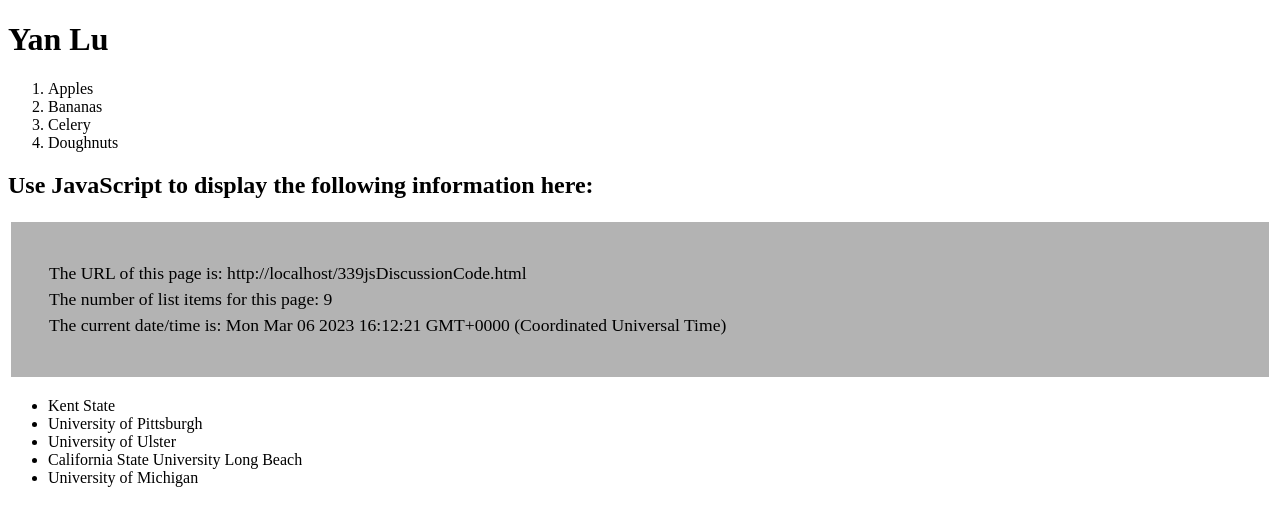
Repository: lulyany/discussionwk10
Page: 339jsDiscussionCode.html
An editor plug-in stored every save of this project. The page is shown before and after a run of saves, followed by the edit.
The browser window is 1280 px wide. The pictures show the whole page.

Above is the page before, as saved 2023-11-01 20:34:15.

After the next 3 saves:
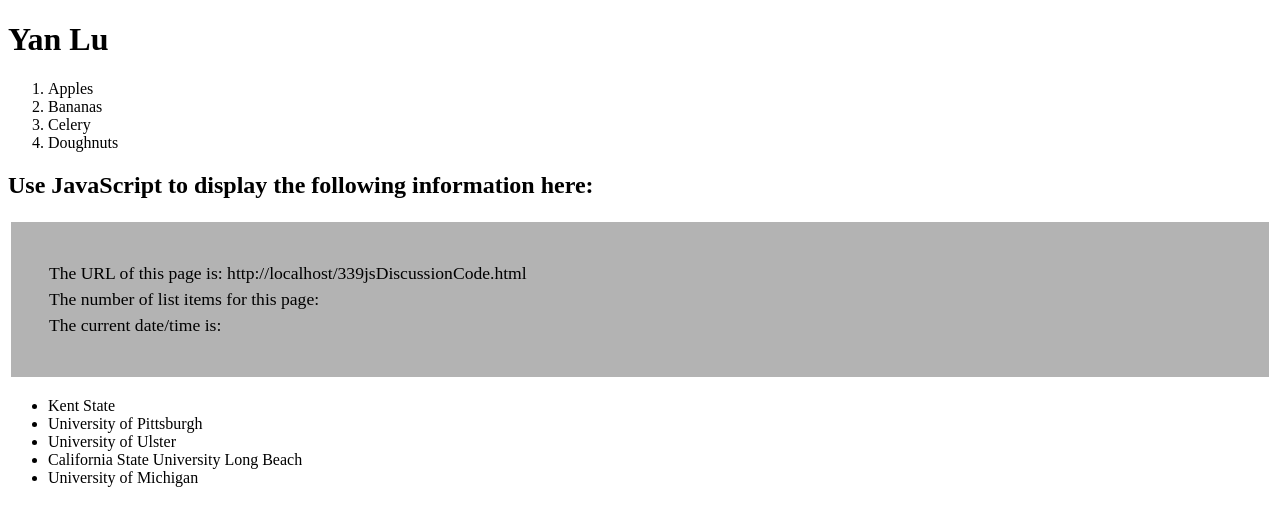
Console error: ReferenceError: querySelectorAll is not defined
The 3 saves are shown as one change because they came seconds apart.
The last was saved 8 s later.
--- a/339jsDiscussionCode.html
+++ b/339jsDiscussionCode.html
@@ -29,7 +29,7 @@
 
 		document.getElementById("URL").innerHTML += window.location.href;
 
-		<!-- document.getElementById("items").innerHTML = querySelectorAll("li").length; -->
+		document.getElementById("items").innerHTML = querySelectorAll("li").length;
 
 		document.querySelector("#items").innerHTML = document.querySelectorAll("li").length;
 
